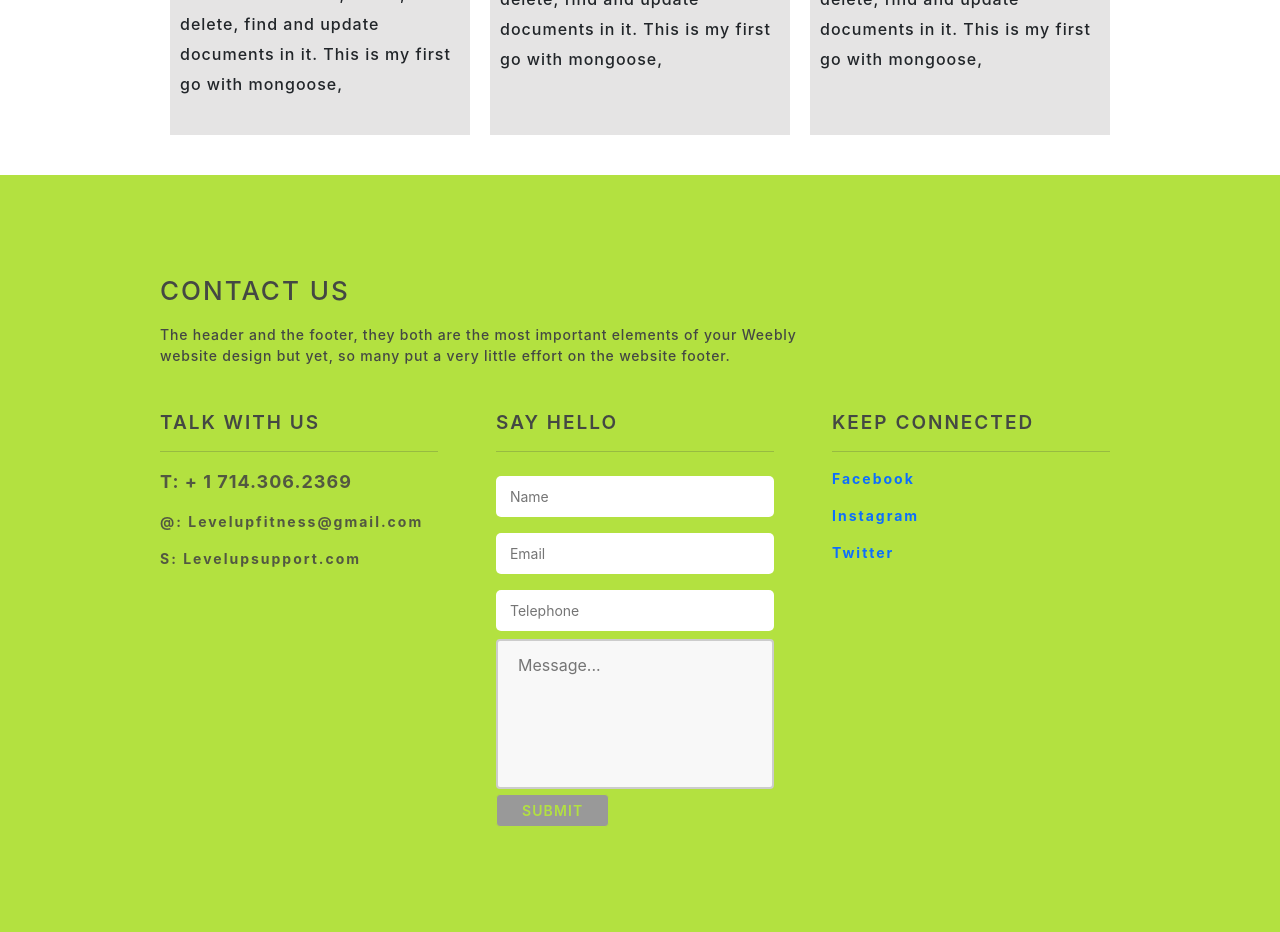
Repository: Bojurie/Level-up
Page: /about (app in client/)
An editor plug-in stored every save of this project. The page is shown before and after the next save, followed by the edit.
The browser window is 1280 px wide. The pictures show the part of the page from y = 1037 to 1989 px (the page is 1969 px tall before and 1989 px after).
Some web fonts or font styles are not loaded; a fallback is used. Some web libraries are served in a nearby version. The project was rebuilt for these pictures with package versions that can differ from the ones it lists, and the page was loaded fresh each time. Also part of the build but not shown: client/src/components/Carousel.js, client/src/components/HomeVlog.css, client/src/components/HomeVlog.js, client/src/components/homeProducts.css, client/src/components/HomeProducts.js, client/src/components/Card.js, client/src/components/HomeShop.css, client/src/components/HomeShop.js and 10 more. Imported but missing from the stored project, and not drawn on this page: client/src/components/Chart.

Above is the page before, as saved 2022-11-30 20:34:37.

After the next save:
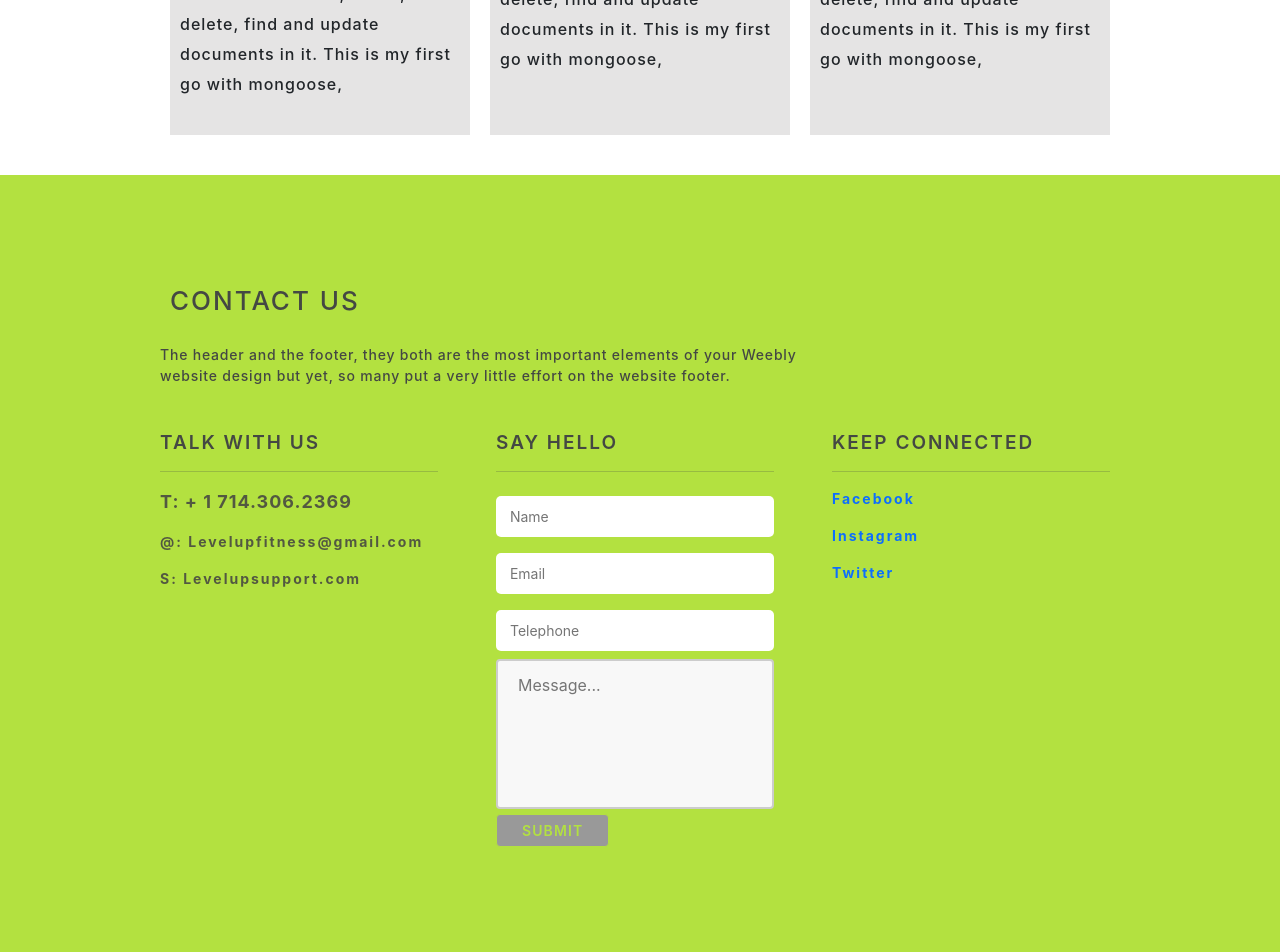
Saved 14 s later.
--- a/client/src/pages/About.css
+++ b/client/src/pages/About.css
@@ -33,7 +33,7 @@
 .history-content {
   padding: 10px 0;
 }
-.history-content p, h2 {
+.history-content p, h1 {
   padding: 10px;
 }
 .history-content h1{
